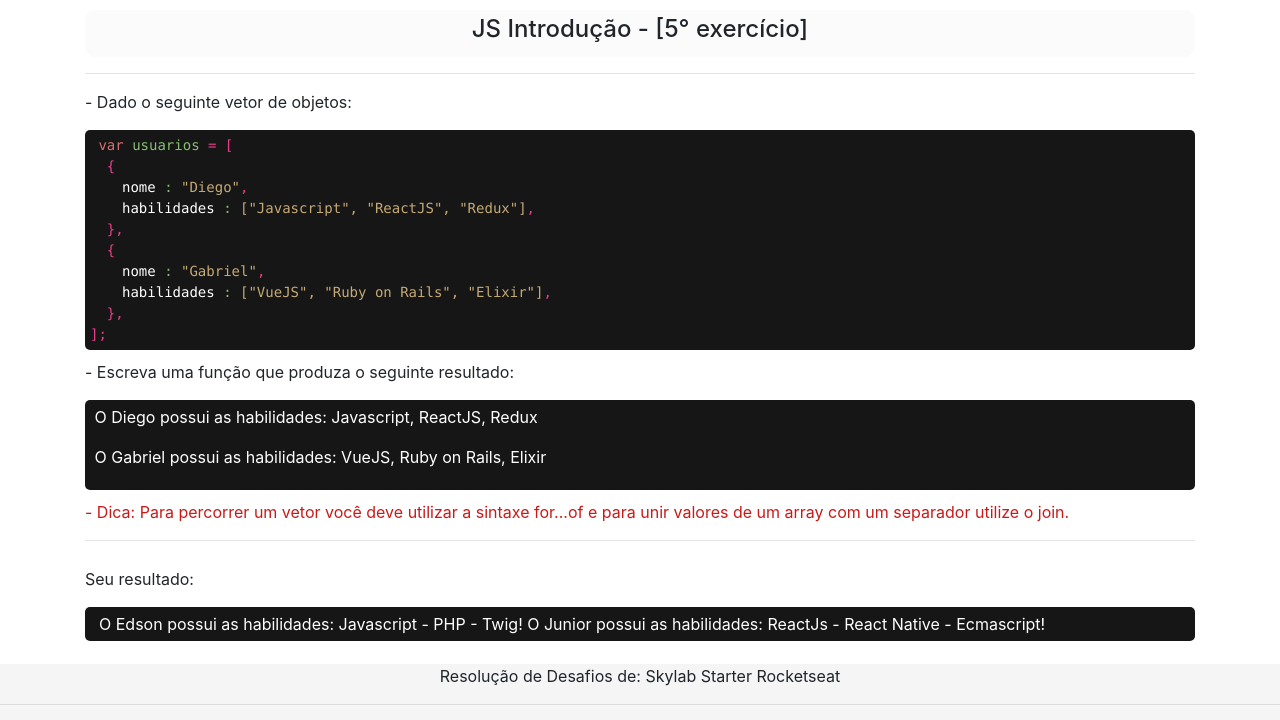
Repository: edsonjuniornarvaes/JS-Starter-Chalenge-Skylab
Page: introducao/exercicio-5/ex5.html
These files come from the project's save history. The page is drawn as it stood at one moment and after the next save; the edit follows.
The browser window is 1280 px wide. The pictures show the whole page.

Above is the page before, as saved 2020-06-10 10:36:32.

After the next save:
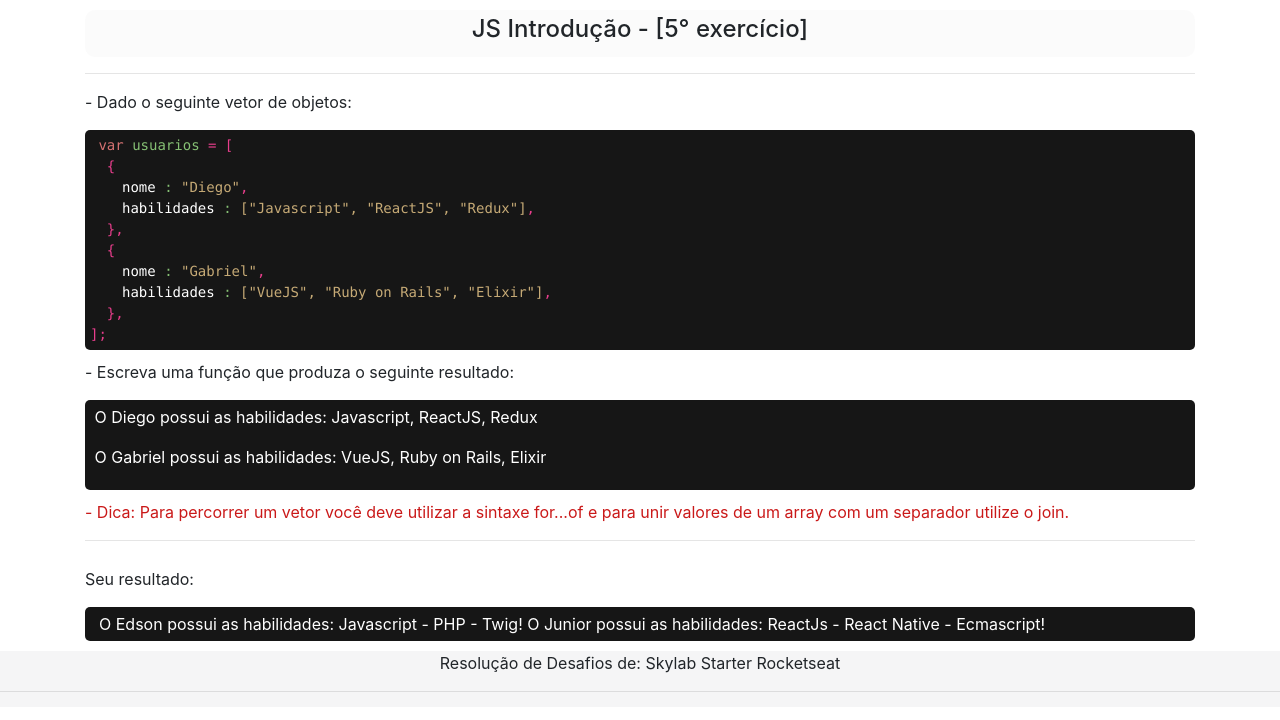
Saved 56 s later.
--- a/introducao/style.css
+++ b/introducao/style.css
@@ -39,7 +39,7 @@
     background: #545b620f;
     width: 100%;
     height: 56px;
-    position: absolute;
+    position: unset;
     bottom: 0px;
     left: 0;
 }

After the save that followed:
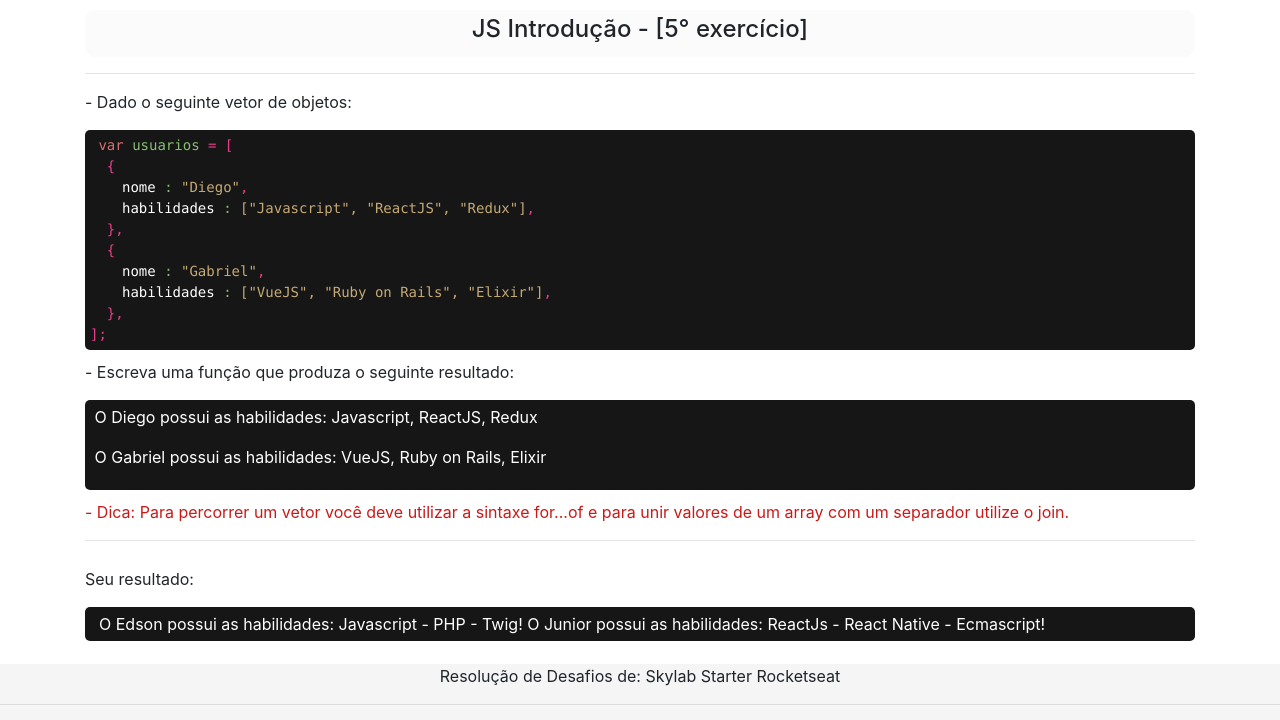
Saved 44 s later.
--- a/introducao/style.css
+++ b/introducao/style.css
@@ -39,7 +39,7 @@
     background: #545b620f;
     width: 100%;
     height: 56px;
-    position: unset;
+    position: absolute;
     bottom: 0px;
     left: 0;
 }
